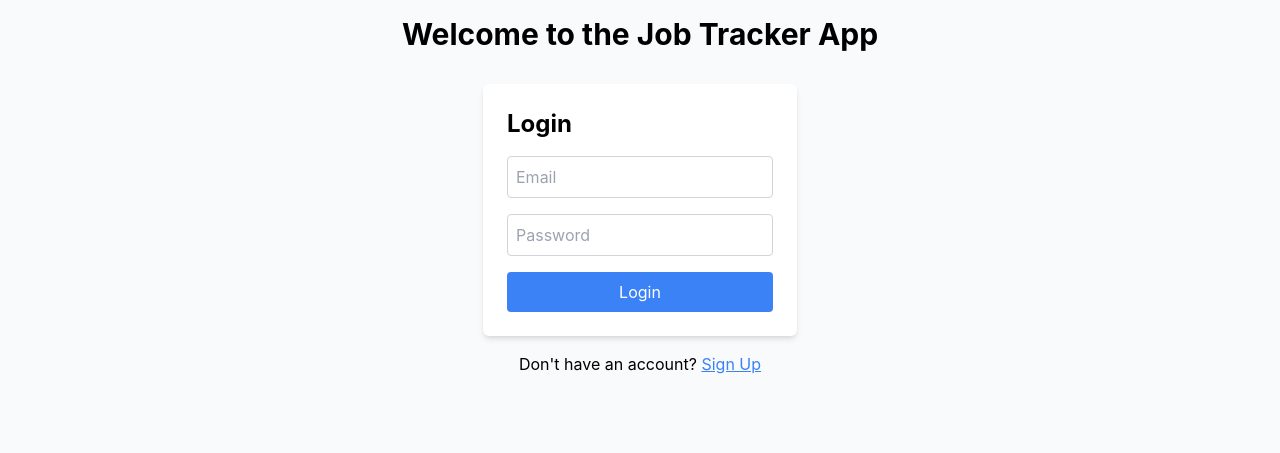
Repository: GowrishankarSMenon/jobTracker
Page: /login (app in job-tracker/client/)
The author's editor kept a copy of each file at every save. The page is drawn from the files as they stood at one save, then again after the next save.
The browser window is 1280 px wide. The pictures show the whole page.
Some web libraries are served in a nearby version. The project was rebuilt for these pictures with package versions that can differ from the ones it lists, and the page was loaded fresh each time. Also part of the build but not shown: job-tracker/client/src/pages/Signup.js.

Above is the page before, as saved 2024-12-28 15:34:46.

### job-tracker/client/src/index.js
import React from 'react';
import ReactDOM from 'react-dom/client';
import './index.css';
import App from './App';
import reportWebVitals from './reportWebVitals';
import {BrowserRouter} from 'react-router-dom';

const root = ReactDOM.createRoot(document.getElementById('root'));
root.render(
  <BrowserRouter>
  <React.StrictMode>
    <App />
  </React.StrictMode>
  </BrowserRouter>
);

// If you want to start measuring performance in your app, pass a function
// to log results (for example: reportWebVitals(console.log))
// or send to an analytics endpoint. Learn more: https://bit.ly/CRA-vitals
reportWebVitals();

### job-tracker/client/src/App.js
import React, { useState, useEffect } from 'react';
import { useAuth0 } from '@auth0/auth0-react';
import Login from './pages/Login';
import Signup from './pages/Signup';

const Home = ({ user, setUser, setToken }) => {
  const [view, setView] = useState('login'); // Tracks current view: 'login', 'signup', or 'home'
  const { logout } = useAuth0();

  useEffect(() => {
    const token = localStorage.getItem('authToken');
    if (token && !user) {
      setUser({ name: 'John Doe', email: 'john@example.com', picture: '/path-to-avatar' });
      setView('home');
    }
  }, [user, setUser]);

  const handleLogout = () => {
    setUser(null);
    setToken(null);
    localStorage.removeItem('authToken');
    logout({ returnTo: window.location.origin });
    setView('login');
  };

  const renderContent = () => {
    if (view === 'home' && user) {
      return (
        <div className="flex flex-col items-center">
          <p className="text-xl font-semibold">Welcome, {user.name}!</p>
          <img src={user.picture} alt="User Avatar" className="w-24 h-24 rounded-full my-4" />
          <p>Email: {user.email}</p>
          <button
            className="mt-4 px-4 py-2 bg-red-500 text-white rounded hover:bg-red-600"
            onClick={handleLogout}
          >
            Logout
          </button>
        </div>
      );
    }

    if (view === 'login') {
      return (
        <div className="max-w-sm mx-auto">
          <Login setUser={setUser} setToken={setToken} />
          <p className="text-center mt-4">
            Don't have an account?{' '}
            <button
              className="text-blue-500 underline"
              onClick={() => setView('signup')}
            >
              Sign Up
            </button>
          </p>
        </div>
      );
    }

    return (
      <div className="max-w-sm mx-auto">
        <Signup setUser={setUser} setToken={setToken} />
        <p className="text-center mt-4">
          Already have an account?{' '}
          <button
            className="text-blue-500 underline"
            onClick={() => setView('login')}
          >
            Log In
          </button>
        </p>
      </div>
    );
  };

  return (
    <div className="flex flex-col items-center min-h-screen bg-gray-50 p-4">
      <h1 className="text-3xl font-bold mb-8">Welcome to the Job Tracker App</h1>
      {renderContent()}
    </div>
  );
};

export default Home;

### job-tracker/client/src/pages/Login.js
import React, { useState } from 'react';
import axios from 'axios';
import { useNavigate } from 'react-router-dom';

const Login = ({ setUser, setToken }) => {
  const [email, setEmail] = useState('');
  const [password, setPassword] = useState('');
  const [loading, setLoading] = useState(false);
  const [errorMessage, setErrorMessage] = useState('');
  const navigate = useNavigate();

  const handleSubmit = async (e) => {
    e.preventDefault();
    setLoading(true);
    setErrorMessage('');

    try {
      const response = await axios.post('http://localhost:5000/api/auth/login', { email, password });
      setToken(response.data.token);
      setUser(response.data.user);
      localStorage.setItem('authToken', response.data.token);
      navigate('/home');
    } catch (error) {
      setErrorMessage(error.response?.data?.message || 'An unexpected error occurred.');
    } finally {
      setLoading(false);
    }
  };

  return (
    <div className="bg-white p-6 shadow-md rounded-md w-full max-w-md">
      <h2 className="text-2xl font-bold mb-4">Login</h2>
      {errorMessage && <div className="text-red-500 mb-4">{errorMessage}</div>}
      <form onSubmit={handleSubmit}>
        <input
          type="email"
          placeholder="Email"
          value={email}
          onChange={(e) => setEmail(e.target.value)}
          className="block w-full p-2 border border-gray-300 rounded mb-4"
          required
        />
        <input
          type="password"
          placeholder="Password"
          value={password}
          onChange={(e) => setPassword(e.target.value)}
          className="block w-full p-2 border border-gray-300 rounded mb-4"
          required
        />
        <button
          type="submit"
          disabled={loading}
          className={`w-full p-2 rounded text-white ${
            loading ? 'bg-gray-500 cursor-not-allowed' : 'bg-blue-500 hover:bg-blue-600'
          }`}
        >
          {loading ? 'Logging In...' : 'Login'}
        </button>
      </form>
    </div>
  );
};

export default Login;

Loaded but not shown: job-tracker/client/public/index.html (common file); job-tracker/client/src/index.css (common file); job-tracker/client/src/reportWebVitals.js (common file)

After the next save:
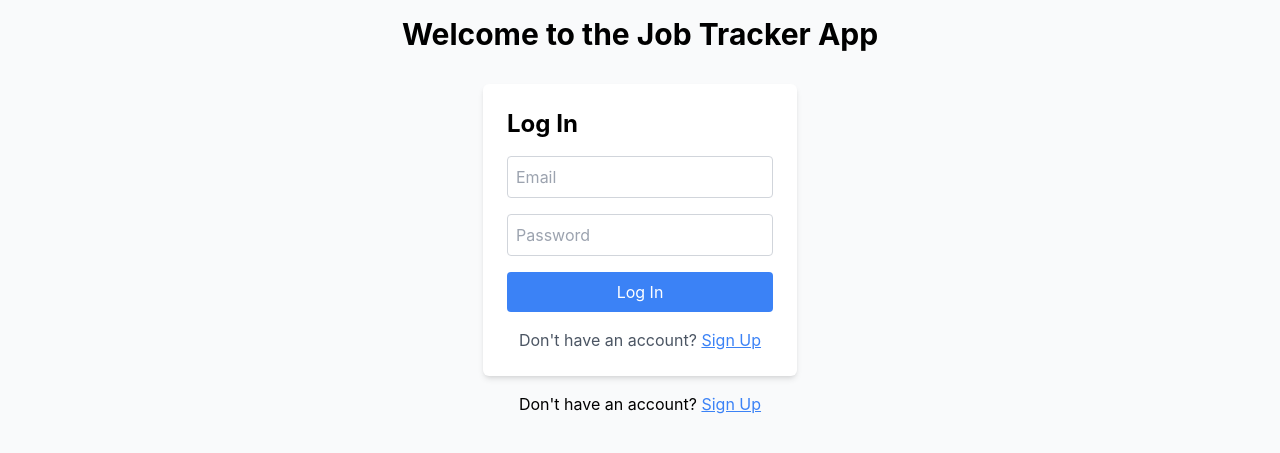
Saved 40 s later.
--- a/job-tracker/client/src/pages/Login.js
+++ b/job-tracker/client/src/pages/Login.js
@@ -15,13 +15,16 @@ const Login = ({ setUser, setToken }) => {
     setErrorMessage('');
 
     try {
-      const response = await axios.post('http://localhost:5000/api/auth/login', { email, password });
+      const response = await axios.post('http://localhost:5000/api/auth/login', {
+        email,
+        password,
+      });
       setToken(response.data.token);
       setUser(response.data.user);
       localStorage.setItem('authToken', response.data.token);
       navigate('/home');
     } catch (error) {
-      setErrorMessage(error.response?.data?.message || 'An unexpected error occurred.');
+      setErrorMessage(error.response?.data?.message || 'Invalid email or password.');
     } finally {
       setLoading(false);
     }
@@ -29,7 +32,7 @@ const Login = ({ setUser, setToken }) => {
 
   return (
     <div className="bg-white p-6 shadow-md rounded-md w-full max-w-md">
-      <h2 className="text-2xl font-bold mb-4">Login</h2>
+      <h2 className="text-2xl font-bold mb-4">Log In</h2>
       {errorMessage && <div className="text-red-500 mb-4">{errorMessage}</div>}
       <form onSubmit={handleSubmit}>
         <input
@@ -55,9 +58,20 @@ const Login = ({ setUser, setToken }) => {
             loading ? 'bg-gray-500 cursor-not-allowed' : 'bg-blue-500 hover:bg-blue-600'
           }`}
         >
-          {loading ? 'Logging In...' : 'Login'}
+          {loading ? 'Logging In...' : 'Log In'}
         </button>
       </form>
+      <div className="mt-4 text-center">
+        <p className="text-gray-600">
+          Don't have an account?{' '}
+          <button
+            className="text-blue-500 underline hover:text-blue-700"
+            onClick={() => navigate('/signup')}
+          >
+            Sign Up
+          </button>
+        </p>
+      </div>
     </div>
   );
 };
